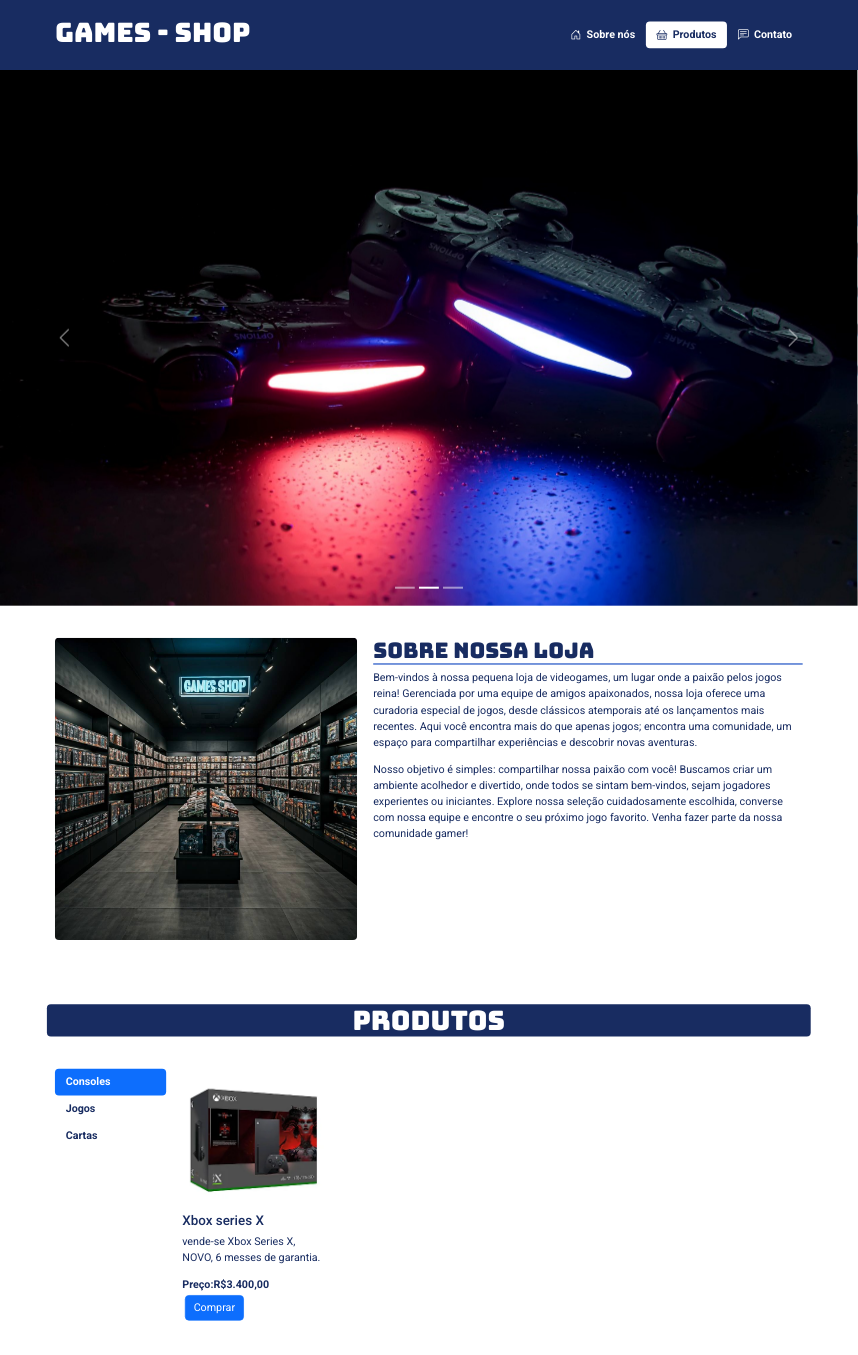
Repository: MatiasBrighent/GamesShop-Bootstrap
Page: index.html
The author's editor kept a copy of each file at every save. The page is drawn from the files as they stood at one save, then again after the next save.
The browser window is 1280 px wide. The pictures show the whole page, at 67% of full size.

Above is the page before, as saved 2025-06-20 15:19:28.

### index.html
<!DOCTYPE html>
<html lang="en">
<head>
    <meta charset="UTF-8">
    <meta name="viewport" content="width=device-width, initial-scale=1.0">
    <title>Games - Shop</title>
    <link rel="stylesheet" href="https://cdn.jsdelivr.net/npm/bootstrap@5.3.7/dist/css/bootstrap.min.css">
    <link rel="stylesheet" href="https://cdn.jsdelivr.net/npm/bootstrap-icons@1.13.1/font/bootstrap-icons.min.css">
    <link rel="preconnect" href="https://fonts.googleapis.com">
    <link rel="preconnect" href="https://fonts.gstatic.com" crossorigin>
    <link href="https://fonts.googleapis.com/css2?family=Bungee&family=Roboto:ital,wght@0,100..900;1,100..900&display=swap" rel="stylesheet">
    <link rel="stylesheet" href="style.css">
</head>
<body>
    <header class="navbar navbar-expand-lg  sticky-top p-4" id="header">
        <div class="container">
            <h1>Games - Shop</h1>
            <button type="button" class="navbar-toggler" data-bs-toggle="collapse" data-bs-target="#menu-nav">
                <span class="navbar-toggler-icon text-colored"></span>
            </button>
            <nav id="menu-nav" class="navbar-collapse collapse justify-content-end">
                <ul class="nav nav-pills d-block d-md-flex ">
                    <li class="nav-item fw-bold ">
                        <a class="nav-link " href="#sobre">
                            <i class="bi bi-house-door me-1"></i>
                            Sobre nós
                        </a>
                    </li>
                    <li  class="nav-item fw-bold">
                        <a class="nav-link" href="#produtos">
                            <i class="bi bi-basket me-1"></i>
                            Produtos
                        </a>
                    </li>
                    <li  class="nav-item fw-bold">
                        <a class="nav-link" href="#">
                            <i class="bi bi-chat-left-text me-1"></i>
                            Contato
                        </a>
                    </li>
            </nav>
        </div>
    </header>
    <div data-bs-spy="scroll" data-bs-target="header" data-bs-smooth-scrool="true">
        <section id="sobre">
            <div class="carousel slide" data-bs-ride="carousel" id="carousel">
                <div class="carousel-inner">
                    <div class="carousel-item active" data-bs-interval="3000">
                        <img class="w-100 " src="./images/slide/gameplay.jpg" alt="Gameplay de GTA V">
                    </div>
                    <div class="carousel-item active" data-bs-interval="3000">
                        <img class="w-100 " src="./images/slide/teclado+controle.jpg" alt="Teclado e um controle">
                    </div>
                    <div class="carousel-item active" data-bs-interval="3000">
                        <img class="w-100 " src="./images/slide/controles.jpg" alt="Dois controles de PS4">
                    </div>
                </div>
                <button type="button" class="carousel-control-prev" data-bs-target="#carousel" data-bs-slide="prev">
                    <span class="carousel-control-prev-icon"></span>
                </button>
                <button type="button" class="carousel-control-next" data-bs-target="#carousel" data-bs-slide="next">
                    <span class="carousel-control-next-icon"></span>
                </button>
                <div class="carousel-indicators">
                    <button type="button" data-bs-target="#carousel" data-bs-slide-to="0" class="active"></button>
                    <button type="button" data-bs-target="#carousel" data-bs-slide-to="1"></button>
                    <button type="button" data-bs-target="#carousel" data-bs-slide-to="2"></button>
                </div>
            </div>
            <div class="pt-5 pb-5">
                <div class="container">
                    <div class="row">
                        <div class="col-md-5">
                            <img src="images/Games-Shop.jpg" class="d-block w-100 rounded" alt="foto da nossa loja">
                        </div>
                        <div class="col-md-7 ">
                            <h2 class=" title  mt-md-0 text-colored">Sobre nossa loja</h2>
                            <p class="text-colored">
                                Bem-vindos à nossa pequena loja de videogames, um lugar onde a paixão pelos jogos reina! Gerenciada por uma equipe de amigos apaixonados, nossa loja oferece uma curadoria especial de jogos, desde clássicos atemporais até os lançamentos mais recentes. Aqui você encontra mais do que apenas jogos; encontra uma comunidade, um espaço para compartilhar experiências e descobrir novas aventuras.
                            </p>
                            <p class="text-colored">
                                Nosso objetivo é simples: compartilhar nossa paixão com você! Buscamos criar um ambiente acolhedor e divertido, onde todos se sintam bem-vindos, sejam jogadores experientes ou iniciantes. Explore nossa seleção cuidadosamente escolhida, converse com nossa equipe e encontre o seu próximo jogo favorito. Venha fazer parte da nossa comunidade gamer!
                            </p>
                        </div>
                    </div>
                </div>
            </div>
        </section>
        <section id="produtos" class="pt-5 pb-5">
            <div class="container">
                <div class="row">
                    <h1 class="section-title text-center mb-5 rounded">Produtos</h1>
                </div>
                <div class="row">
                    <aside class="col-md-2">
                        <nav class="nav nav-pills flex-column nav-cadarpio">
                            <button type="button" data-bs-toggle="tab" data-bs-target="#" class="fw-bold text-start nav-link text-colored active">Consoles</button>
                            <button type="button" data-bs-toggle="tab" data-bs-target="#" class="fw-bold text-start nav-link text-colored">Jogos</button>
                            <button type="button" data-bs-toggle="tab" data-bs-target="#" class="fw-bold text-start nav-link text-colored">Cartas</button>
                        </nav>
                    </aside>
                    <div class="col-md-10">
                        <div class="tab-content">
                            <div class="tab-pane active" id="consoles">
                                <div class="row">
                                    <div class="col-md-3 text-colored">
                                        <img src="./images/produtos/consoles/Series X.webp" alt="Xbox Series X" class="img-fluid rounded">
                                        <h5>Xbox series X</h5>
                                        <p>
                                            vende-se Xbox Series X, NOVO, 6 messes de garantia.
                                        </p>
                                        <strong>Preço:R$3.400,00</strong>
                                        <div class="">
                                            <button type="button" class="btn btn-primary m-1">Comprar</button>
                                        </div>
                                    </div>
                                </div>
                            </div>
                        </div>
                    </div>
                </div>

            </div>
        </section>

    </div>

    <script src="https://cdn.jsdelivr.net/npm/bootstrap@5.3.7/dist/js/bootstrap.bundle.min.js"></script>
</body>
</html>

### style.css
body{
    font-family: Roboto, sans-serif;
}

header h1{
    font-family: Bungee;
    color: #fff;
}

.section-title{
    font-family: Bungee;
    color: #fff;
    background-color: #182c61;
}

.title{
    font-family: Bungee;
    color: #182c61;
    border-bottom: 2px solid #3564ca;
}

.text-colored{
    color: #182c61;
}


#header{
    background-color: #182c61;
}

#header .nav .nav-link.active{
    background-color: #fff;
    color: #182c61;
}

#header .nav .nav-link,
#header h1{
    color: #fff;
}

.navbar-toggler{
    background-color: #fff;
}

.carousel-item img{
    height: 800px;
}

After the next save:
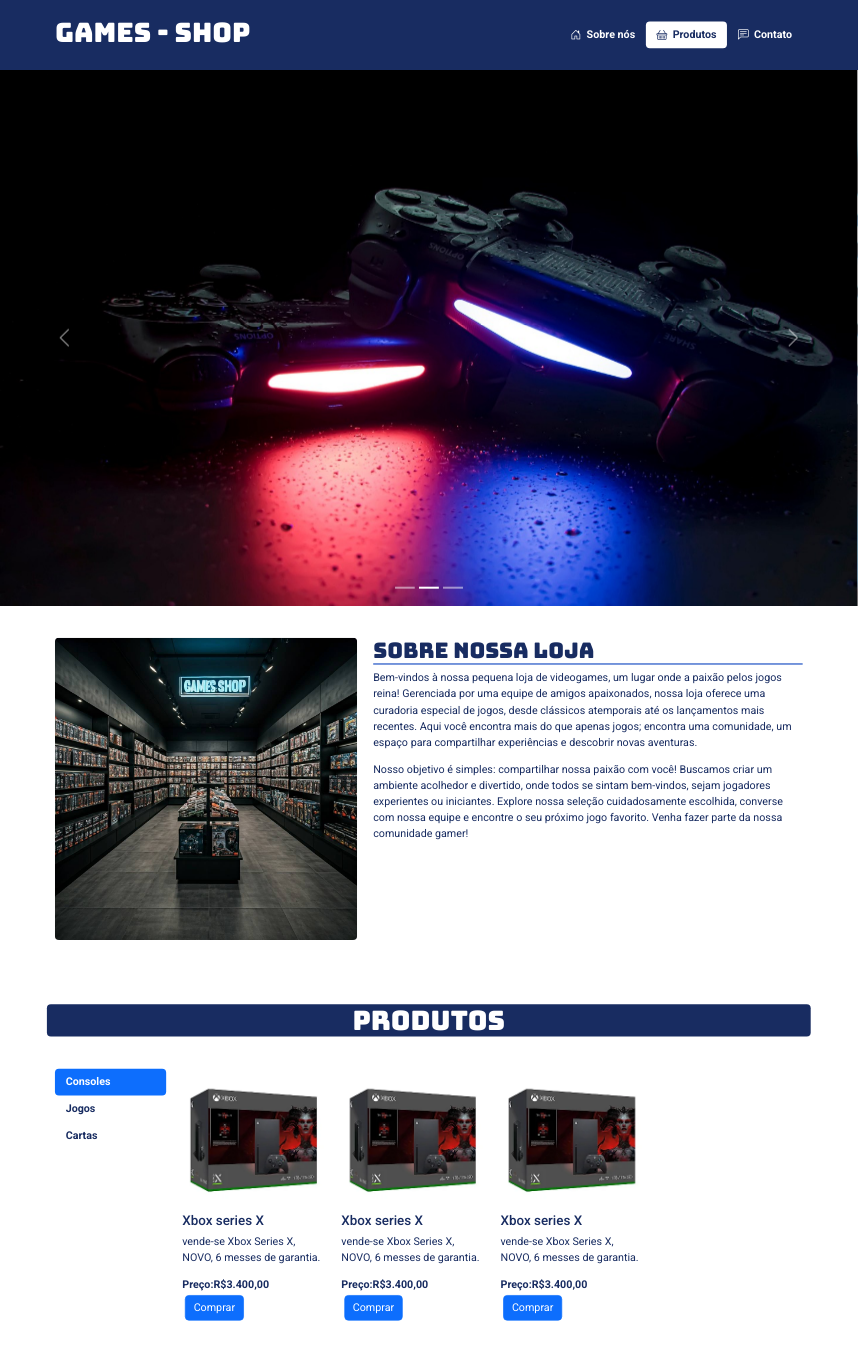
Saved 40 s later.
--- a/index.html
+++ b/index.html
@@ -114,6 +114,28 @@
                                             <button type="button" class="btn btn-primary m-1">Comprar</button>
                                         </div>
                                     </div>
+                                    <div class="col-md-3 text-colored">
+                                        <img src="./images/produtos/consoles/Series X.webp" alt="Xbox Series X" class="img-fluid rounded">
+                                        <h5>Xbox series X</h5>
+                                        <p>
+                                            vende-se Xbox Series X, NOVO, 6 messes de garantia.
+                                        </p>
+                                        <strong>Preço:R$3.400,00</strong>
+                                        <div class="">
+                                            <button type="button" class="btn btn-primary m-1">Comprar</button>
+                                        </div>
+                                    </div>
+                                    <div class="col-md-3 text-colored">
+                                        <img src="./images/produtos/consoles/Series X.webp" alt="Xbox Series X" class="img-fluid rounded">
+                                        <h5>Xbox series X</h5>
+                                        <p>
+                                            vende-se Xbox Series X, NOVO, 6 messes de garantia.
+                                        </p>
+                                        <strong>Preço:R$3.400,00</strong>
+                                        <div class="">
+                                            <button type="button" class="btn btn-primary m-1">Comprar</button>
+                                        </div>
+                                    </div>
                                 </div>
                             </div>
                         </div>
